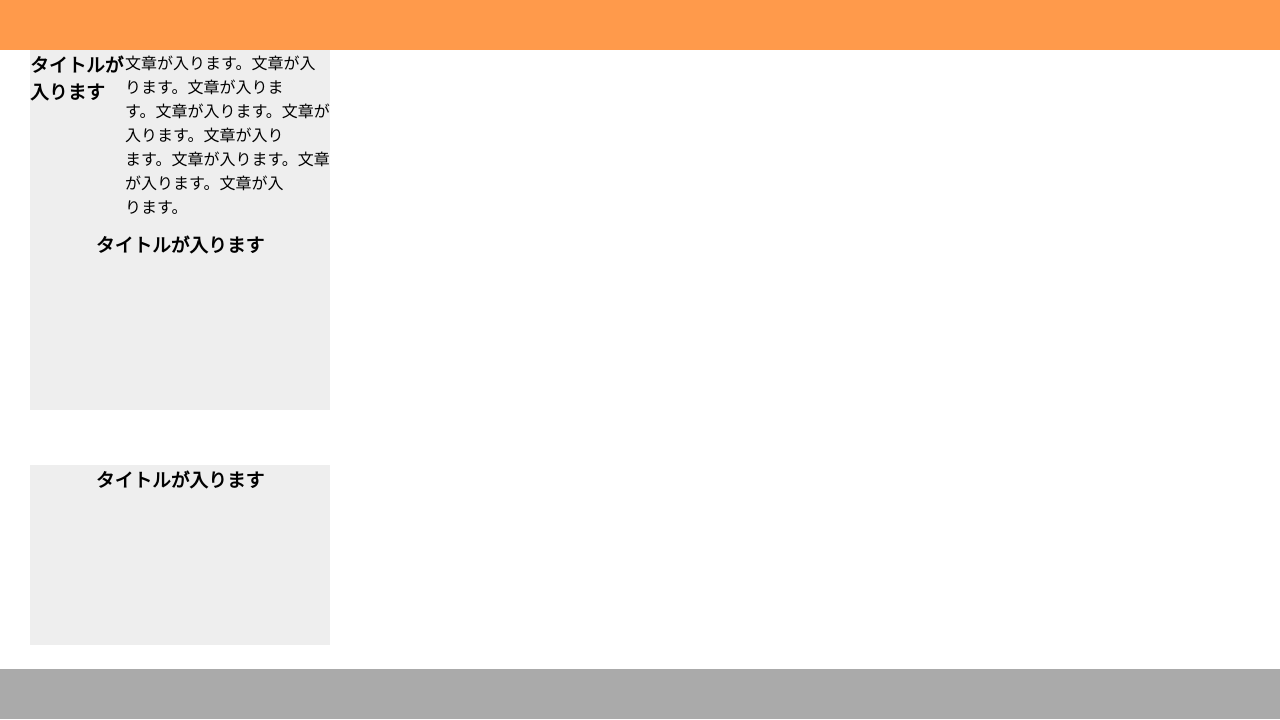
Repository: yesohnuki/shinya-ohnuki
Page: caravan/10.html
The author's editor kept a record of every edit. The page is drawn from the files as they stood at one moment, then again after the next edit.
The browser window is 1280 px wide. The pictures show the whole page.

Above is the page before.

After the next edit:
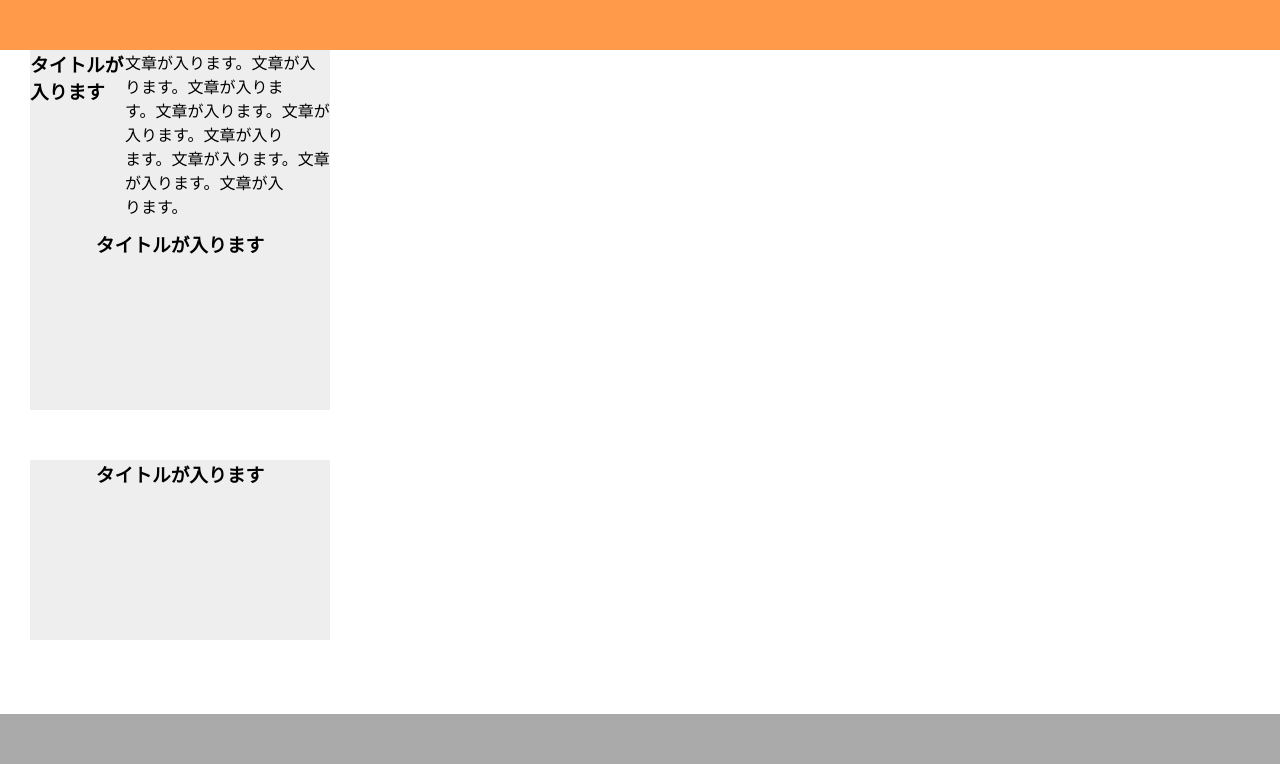
The edit:
--- a/caravan/10.css
+++ b/caravan/10.css
@@ -36,8 +36,8 @@
   background-color: #EEEEEE;
   display: flex; /* Flexboxの利用 */
   justify-content: center;
-  margin-top: 55px;
-  margin-bottom: 50px
+  margin-top: 50px;
+  margin-bottom: 50px;
   margin-right: 30px; /* 領域の右側余白 */
   margin-left: 30px;
 }
